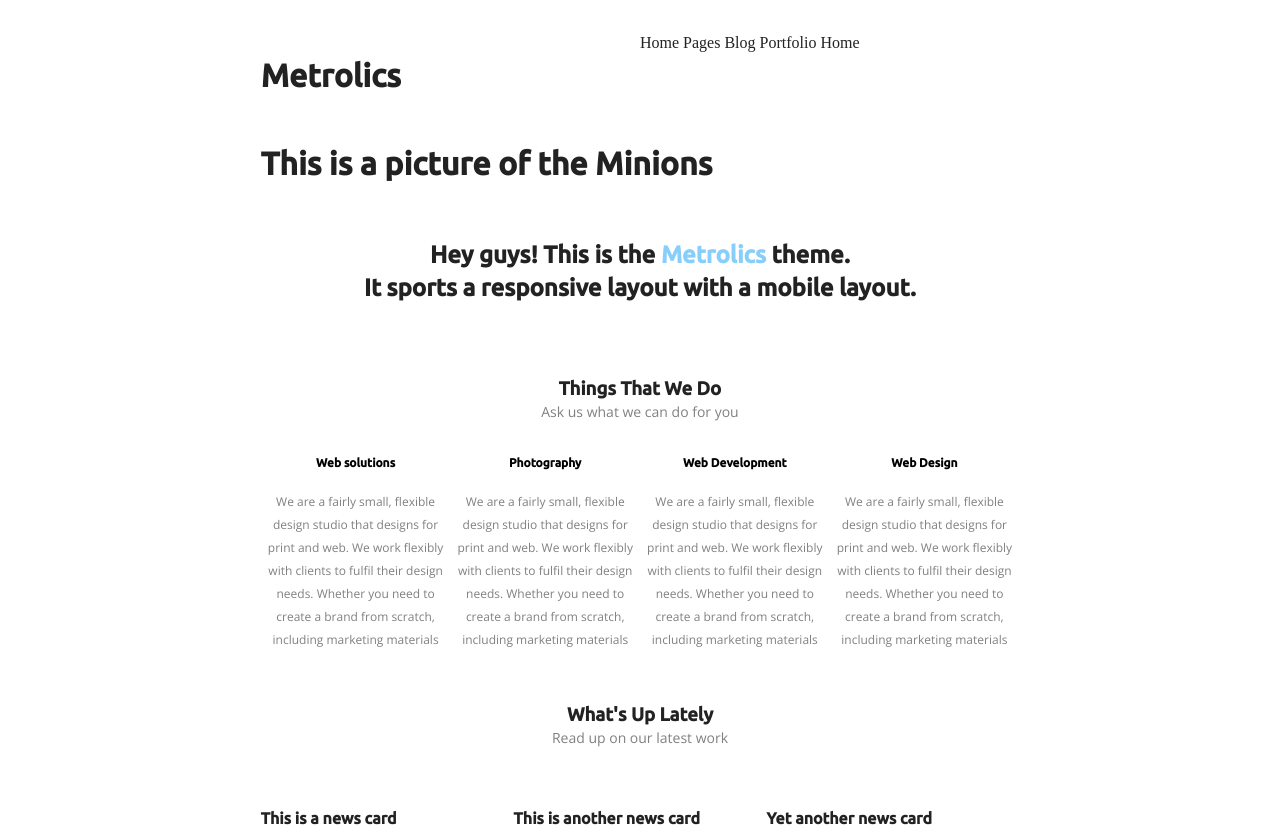
Repository: kennyharman/Marlowe_Kenny_Lab_02B
Page: index.html
The author's editor kept a copy of each file at every save. The page is drawn from the files as they stood at one save, then again after the next save.
The browser window is 1280 px wide. The pictures show the part of the page from y = 0 to 831 px (the page is 2289 px tall before and 2323 px after).
A picture or video elsewhere on the page could not be fetched, so the positions and the page height are approximate.

Above is the page before, as saved 2024-02-05 21:44:06.

### index.html
<!doctype html>
<html class="no-js" lang="EN">

<head>
  <meta charset="utf-8">
  <meta name="viewport" content="width=device-width, initial-scale=1">
  <title></title>
  <link rel="stylesheet" href="css/style.css">
  <link href="https://fonts.googleapis.com/css2?family=Open+Sans:ital,wght@0,400;0,700;1,400&family=Ubuntu:ital,wght@0,300;0,500;1,300&display=swap" rel="stylesheet">
  <meta name="description" content="">

  <meta property="og:title" content="Metrolics page">
  <meta property="og:type" content="website">
  <meta property="og:url" content="http://localhost:8888/metrolics/">

  <link rel="icon" href="/favicon.ico" sizes="any">
  <link rel="icon" href="/icon.svg" type="image/svg+xml">
  <link rel="apple-touch-icon" href="icon.png">

  <link rel="manifest" href="site.webmanifest">
  <meta name="theme-color" content="#fafafa">
</head>

<body class="page">
  <script src="js/app.js"></script>

<header class="page__header">
  <div class="row m-col-2 l-col-2 menu">
    <div class="col header__menu-logo">
      <h1>Metrolics</h1>
    </div>
    <div class="col header__menu-nav">
      Home
      Pages
      Blog
      Portfolio
      Home
    </div>
</header>

<main>
  <div class="page__banner">
    <div class="col banner-header">
      <h1>This is a picture of the Minions</h1>
    </div>
  </div>
  <div class="page__section">
    <div class="row header">
      <div class="col header-text">
        <h2>Hey guys! This is the <span class="text__color-change">Metrolics</span> theme.<br/>It sports a responsive layout with a mobile layout.</h2>
      </div>
    </div>
  </div>

  <div class="section-services">
    <div class="row m-col-2 l-col-4">
      <div class="col m-row-span l-row-span heading">
        <h3>Things That We Do</h3>
        <p>Ask us what we can do for you</p>
      </div>
      <div class="col services-card">
        <h4>Web solutions</h4>
        We are a fairly small, flexible design studio that designs for print and web. We work flexibly with clients to fulfil their design needs. Whether you need to create a brand from scratch, including marketing materials
      </div>
      <div class="col services-card">
        <h4>Photography</h4>
        We are a fairly small, flexible design studio that designs for print and web. We work flexibly with clients to fulfil their design needs. Whether you need to create a brand from scratch, including marketing materials
      </div>
      <div class="col services-card">
        <h4>Web Development</h4>
        We are a fairly small, flexible design studio that designs for print and web. We work flexibly with clients to fulfil their design needs. Whether you need to create a brand from scratch, including marketing materials
      </div>
      <div class="col services-card">
        <h4>Web Design</h4>
        We are a fairly small, flexible design studio that designs for print and web. We work flexibly with clients to fulfil their design needs. Whether you need to create a brand from scratch, including marketing materials
      </div>
    </div>
  </div>
    </div>
  </div>

  <div class="section-work">
    <div class="row m-col-2 l-col-3">
      <div class="col m-row-span l-row-span heading">
        <h3>What's Up Lately</h3>
        <p>Read up on our latest work</p>
      </div>
      <div class="col m-row-span image">
        <h4>This is a news card</h4>
      </div>
      <div class="col image">
        <h4>This is another news card</h4>
      </div>
      <div class="col image">
        <h4>Yet another news card</h4>
      </div>
    </div>
  </div>

  <div class="section-projects">
    <div class="row m-col-2 l-col-3">
      <div class="col m-row-span l-row-span heading">
        <h3>Our Latest Projects</h3>
        <p>Client happy? We are happy.</p>
      </div>
      <div class="col image">
        <img src="placeholder.svg" alt="">
      </div>
      <div class="col image">
        <img src="placeholder.svg" alt="">
      </div>
      <div class="col image">
        <img src="placeholder.svg" alt="">
      </div>
      <div class="col image">
        <img src="placeholder.svg" alt="">
      </div>
      <div class="col iamge">
        <img src="placeholder.svg" alt="">
      </div>
      <div class="col image">
        <img src="placeholder.svg" alt="">
      </div>
    </div>
  </div>

  <div class="section-misc">
    <div class="row l-col-2">
      <div class="col l-row-span heading">
        <h3>Thingsofabove</h3>
        <p>Misc stuff we could not put anyplace else</p>
      </div>
      <div class="col misc-content">
        <img src="placeholder.svg" alt="logo of NetBeans affiliate">
      </div>
      <div class="col misc-content">
        <img src="placeholder.svg" alt="logo of NetBeans affiliate">
      </div>
    </div>
  </div>

  <div class="section-affiliates">
    <div class="row m-col-5 l-col-5">
      <div class="col affiliates-card">
        <img src="placeholder.svg" alt="logo of NetBeans affiliate">
      </div>
      <div class="col affiliates-card">
        <img src="placeholder.svg" alt="logo of Krita affiliate">
      </div>
      <div class="col affiliates-card">
        <img src="placeholder.svg" alt="logo of Scirra affiliate">
      </div>
      <div class="col affiliates-card">
        <img src="placeholder.svg" alt="logo of Blender affiliate">
      </div>
      <div class="col affiliates-card">
        <img src="placeholder.svg" alt="logo of Inkscape affiliate">
      </div>
    </div>
  </div>
</main>
<footer class="page__footer">
  <div class="row m-col-2 l-col-4 footer">
    <div class="col m-row-span l-row-span footer-heading">
      <h3>Peewee Herman</h3>
      <p>Peewee has over 10 years experience in the industry. He is our Creative Director, digital designer, web designer and front-end developer. He is also pretty good with a sketchbook. Before starting the company Peewee worked as a designer and studio manager for a design house who boasted a number of big name clients.</p>
    </div>
    <div class="col footer-item">
      <h3>About Us</h3>
    </div>
    <div class="col footer-item">
      <h3>Flickr Photos</h3>
    </div>
    <div class="col footer-item">
      <h3>Recent Tweets</h3>
    </div>
    <div class="col footer-item">
      <h3>Newsletter</h3>
    </div>
  </div>
</footer>
</body>

### css/style.css
/*! HTML5 Boilerplate v9.0.0-RC1 | MIT License | https://html5boilerplate.com/ */

/* main.css 3.0.0 | MIT License | https://github.com/h5bp/main.css#readme */
/*
 * What follows is the result of much research on cross-browser styling.
 * Credit left inline and big thanks to Nicolas Gallagher, Jonathan Neal,
 * Kroc Camen, and the H5BP dev community and team.
 */

/* ==========================================================================
   Base styles: opinionated defaults
   ========================================================================== */

html {
  color: #222;
  font-size: 1em;
  line-height: 1.4;
}

/*
 * Remove text-shadow in selection highlight:
 * https://twitter.com/miketaylr/status/12228805301
 *
 * Customize the background color to match your design.
 */

::-moz-selection {
  background: #b3d4fc;
  text-shadow: none;
}

::selection {
  background: #b3d4fc;
  text-shadow: none;
}

/*
 * A better looking default horizontal rule
 */

hr {
  display: block;
  height: 1px;
  border: 0;
  border-top: 1px solid #ccc;
  margin: 1em 0;
  padding: 0;
}

/*
 * Remove the gap between audio, canvas, iframes,
 * images, videos and the bottom of their containers:
 * https://github.com/h5bp/html5-boilerplate/issues/440
 */

audio,
canvas,
iframe,
img,
svg,
video {
  vertical-align: middle;
}

/*
 * Remove default fieldset styles.
 */

fieldset {
  border: 0;
  margin: 0;
  padding: 0;
}

/*
 * Allow only vertical resizing of textareas.
 */

textarea {
  resize: vertical;
}

/* ==========================================================================
   Author's custom styles
   ========================================================================== */

/* ==========================================================================
   Helper classes
   ========================================================================== */

/*
 * Hide visually and from screen readers
 */

.hidden,
[hidden] {
  display: none !important;
}

/*
 * Hide only visually, but have it available for screen readers:
 * https://snook.ca/archives/html_and_css/hiding-content-for-accessibility
 *
 * 1. For long content, line feeds are not interpreted as spaces and small width
 *    causes content to wrap 1 word per line:
 *    https://medium.com/@jessebeach/beware-smushed-off-screen-accessible-text-5952a4c2cbfe
 */

.visually-hidden {
  border: 0;
  clip: rect(0, 0, 0, 0);
  height: 1px;
  margin: -1px;
  overflow: hidden;
  padding: 0;
  position: absolute;
  white-space: nowrap;
  width: 1px;
  /* 1 */
}

/*
 * Extends the .visually-hidden class to allow the element
 * to be focusable when navigated to via the keyboard:
 * https://www.drupal.org/node/897638
 */

.visually-hidden.focusable:active,
.visually-hidden.focusable:focus {
  clip: auto;
  height: auto;
  margin: 0;
  overflow: visible;
  position: static;
  white-space: inherit;
  width: auto;
}

/*
 * Hide visually and from screen readers, but maintain layout
 */

.invisible {
  visibility: hidden;
}

/*
 * Clearfix: contain floats
 *
 * The use of `table` rather than `block` is only necessary if using
 * `::before` to contain the top-margins of child elements.
 */

.clearfix::before,
.clearfix::after {
  content: "";
  display: table;
}

.clearfix::after {
  clear: both;
}

/* ==========================================================================
   EXAMPLE Media Queries for Responsive Design.
   These examples override the primary ('mobile first') styles.
   Modify as content requires.
   ========================================================================== */

@media only screen and (min-width: 35em) {
  /* Style adjustments for viewports that meet the condition */
}

@media print,
  (-webkit-min-device-pixel-ratio: 1.25),
  (min-resolution: 1.25dppx),
  (min-resolution: 120dpi) {
  /* Style adjustments for high resolution devices */
}

/* ==========================================================================
   Print styles.
   Inlined to avoid the additional HTTP request:
   https://www.phpied.com/delay-loading-your-print-css/
   ========================================================================== */

@media print {
  *,
  *::before,
  *::after {
    background: #fff !important;
    color: #000 !important;
    /* Black prints faster */
    box-shadow: none !important;
    text-shadow: none !important;
  }

  a,
  a:visited {
    text-decoration: underline;
  }

  a[href]::after {
    content: " (" attr(href) ")";
  }

  abbr[title]::after {
    content: " (" attr(title) ")";
  }

  /*
   * Don't show links that are fragment identifiers,
   * or use the `javascript:` pseudo protocol
   */
  a[href^="#"]::after,
  a[href^="javascript:"]::after {
    content: "";
  }

  pre {
    white-space: pre-wrap !important;
  }

  pre,
  blockquote {
    border: 1px solid #999;
    page-break-inside: avoid;
  }

  tr,
  img {
    page-break-inside: avoid;
  }

  p,
  h2,
  h3 {
    orphans: 3;
    widows: 3;
  }

  h2,
  h3 {
    page-break-after: avoid;
  }
}

/* Our Styling */

h1,
h2,
h3,
h4,
h5,
h6 {
    font-family: 'Ubuntu', sans-serif;
}

p {
    font-family: 'Open Sans', sans-serif;
}

.row {
  display: grid;
  margin-top: 2rem;
}

.col {
  position: relative;
}

.page__header,
.banner-header,
.page__section,
.section-services,
.section-work,
.section-projects,
.section-misc,
.section-affiliates,
.footer {
  margin: auto;
  width: 60%;
}

.heading {
  display: flex;
  flex-direction: column;
  align-items: center;
  padding: 0 auto;
}

.heading > h3 {
  margin-bottom: 0;
}

.heading > p {
  margin-top: 0;
  font-size: 14px;
  color: grey;
}

.header-text {
  text-align: center;
}

.text__color-change {
  color: lightskyblue;
}

.services-card {
  text-align: center;
  font-size: 12px;
  padding: 0px;
  color: grey;
  font-family: 'Open Sans', sans-serif;
  line-height: 23px;
}

.services-card > h4 {
  color: black;
}

.image {
  margin-top: 1.5rem;
  margin-right: 1.5em;
  margin-bottom: -2rem;
}

.image > img {
  width: 100%;
  height: 85%;
}

.misc-content {
  margin-top: 1.5rem;
  margin-right: 1.5em;
  margin-bottom: -2rem;
}

.misc-content > img {
  width: 100%;
  height: 85%;
}

.affiliates-card {
  margin-right: 1.5em;
  margin-bottom: 3rem;
}

.affiliates-card > img {
  width: 100%;
  height: 85%;;
}

/* Small only */
@media screen and (max-width: 39.9375em) {
  .page__header,
.banner-header,
.page__section,
.section-services,
.section-work,
.section-projects,
.section-misc,
.section-affiliates,
.footer {
  margin: auto;
  width: 80%;
}
  .header__menu-nav {
    display: none;
  }
  .banner {
    display: none;
  }
  .affiliates {
    display: none;
  }
  .misc {
    display: none;
  }
  .services-card {
    text-align: left;
    font-size: 12px;
    padding: 0px;
    color: grey;
    font-family: 'Open Sans', sans-serif;
    line-height: 15px;
    padding-top: 20px;
  }
  .services-card > h4 {
    line-height: 0px;
  }
}

/* Medium only */
@media screen and (min-width: 40em) and
(max-width: 63.9375em) {
  .row {
    max-width: 70rem;
    column-gap: 1.5rem;
    row-gap: 1.5rem;
    margin: 0 auto;
  }
  .m-col-2 {
    grid-template-columns: 1fr 1fr;
  }
  .m-col-3 {
    grid-template-columns: repeat(3, 1fr);
  }
  .m-col-4 {
    grid-template-columns: repeat(4, 1fr);
  }
  .m-col-5 {
    grid-template-columns: repeat(5, 1fr);
  }

  .m-row-span {
    grid-column-start: 1;
    grid-column-end: -1;
  }
}

/* Large only */
@media screen and (min-width: 64em) {
  .l-col-2 {
    grid-template-columns: 1fr 1fr;
  }
  .l-col-3 {
    grid-template-columns: repeat(3, 1fr);
  }
  .l-col-4 {
    grid-template-columns: repeat(4, 1fr);
  }
  .l-col-5 {
    grid-template-columns: repeat(5, 1fr);
  }

  .l-row-span {
    grid-column-start: 1;
    grid-column-end: -1;
  }
}

Loaded but not shown: js/app.js (no stored copy; drawn as an empty file)

After the next save:
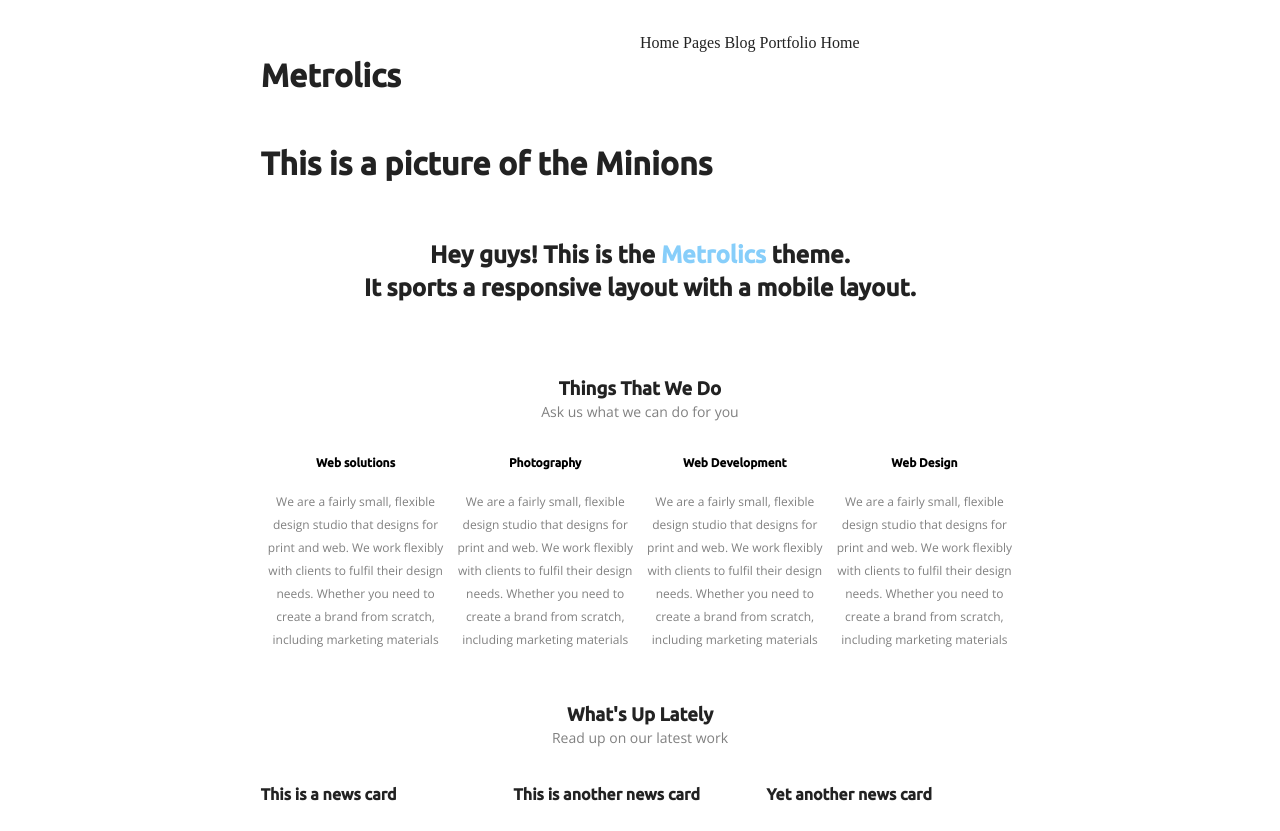
Saved 21 s later.
--- a/css/style.css
+++ b/css/style.css
@@ -320,11 +320,6 @@ p {
   color: black;
 }
 
-.image {
-  margin-top: 1.5rem;
-  margin-right: 1.5em;
-  margin-bottom: -2rem;
-}
 
 .image > img {
   width: 100%;
